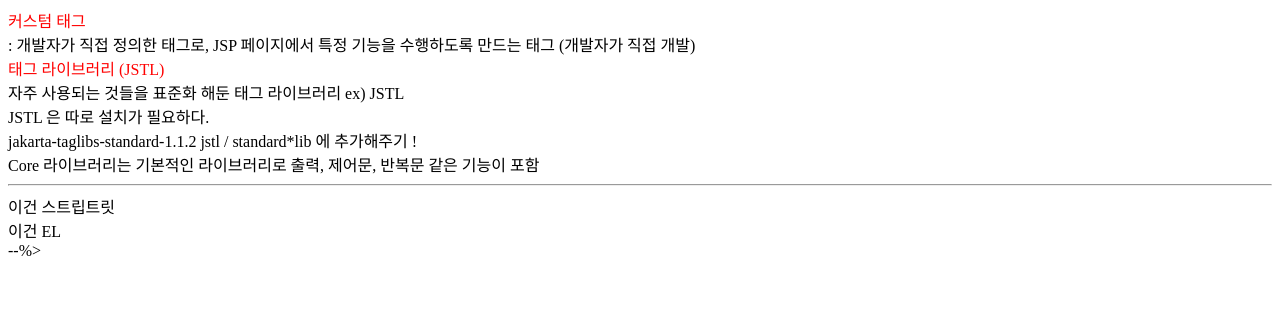
Repository: hyejux/JSP_STUDY
Page: http://localhost/JSPPractice2/JSP_ex6.jsp
An editor plug-in stored every save of this project. The page is shown before and after a run of saves, followed by the edit.
The browser window is 1280 px wide. The pictures show the whole page.
The page is served by Tomcat 9.

Above is the page before, as saved 2025-01-07 17:09:30.

After the next 3 saves:
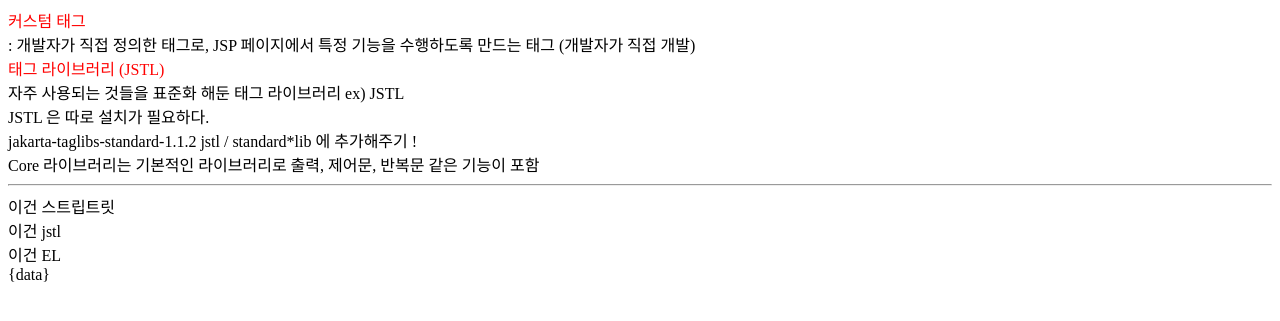
The 3 saves are shown as one change because 2 did not build or start.
The last was saved 111 s later.
--- a/JSPPractice2/src/main/webapp/JSP_ex6.jsp
+++ b/JSPPractice2/src/main/webapp/JSP_ex6.jsp
@@ -21,10 +21,10 @@
 	<div> Core 라이브러리는  기본적인 라이브러리로 출력, 제어문, 반복문 같은 기능이 포함 </div>
 	<hr>
 		<% out.println("<div> 이건 스트립트릿 </div> "); %>
-<%-- 	<c:out value="이건 jstl"/> --%>
+		<c:out value="이건 jstl"/>
 		<%  request.setAttribute("data", "이건 EL"); %>
 		 <div> ${data} </div>
-<%-- <%-- 	<c:out value={data}/> --%> --%>
+		<c:out value="{data}"/>
 
 
 
